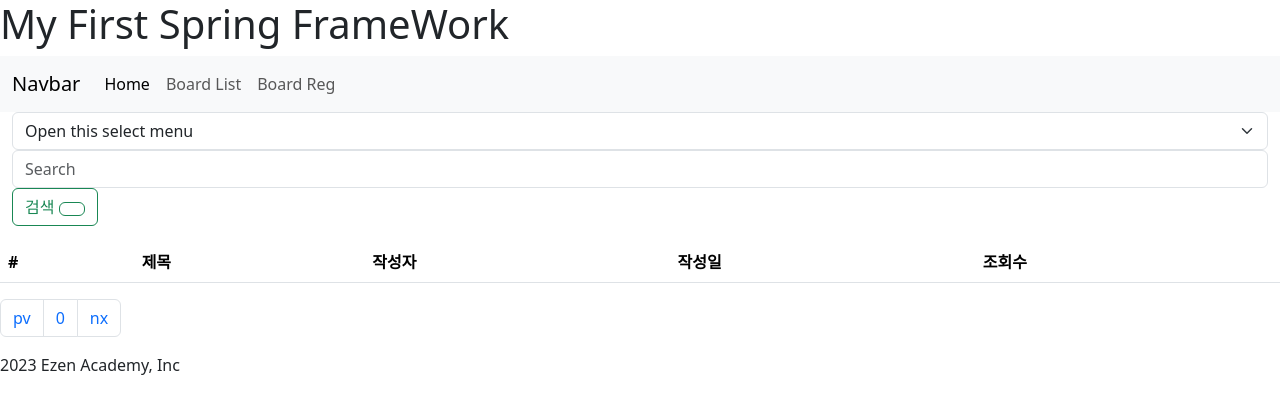
Repository: Leesunghoon1/springHom2
Page: http://localhost/spring_pjt/WEB-INF/views/board/list.jsp
The author's editor kept a copy of each file at every save. The page is drawn from the files as they stood at one save, then again after a run of saves.
The browser window is 1280 px wide. The pictures show the whole page.
The page is served by Tomcat 9. Nobody is signed in. Other server files are loaded and not shown. The template is opened directly, without the code that normally fills it, so the values that code supplies are empty.

Above is the page before, as saved 2023-10-19 15:40:40.

### spring_pjt/src/main/webapp/WEB-INF/views/board/list.jsp
<%@ page language="java" contentType="text/html; charset=UTF-8"
    pageEncoding="UTF-8"%>
        <%@ taglib uri="http://java.sun.com/jsp/jstl/core" prefix="c"%>
<!DOCTYPE html>
<html>
<head>
<meta charset="UTF-8">
<title>Insert title here</title>
</head>
<body>
<jsp:include page="../common/header.jsp"/>
<jsp:include page="../common/nav.jsp"/>
<table class="table table=hover">

<!-- 검색라인 -->

<!-- 검색라인 -->

	<div class="container-fluid">
		<form action="/board/list" method="get">
		<c:set value="${ph.pgvo.type }" var="typed"></c:set>
			<select class="form-select" name="type" aria-label="Default select example">
				<option ${typed eq null ? 'selected' : ''}>Open this select menu</option>
				<option value="t" ${typed eq 't' ? 'selected' : '' }>Title</option>
				<option value="w" ${typed eq 'w' ? 'selected' : '' }>Writer</option>
				<option value="c" ${typed eq 'c' ? 'selected' : '' }>Content</option>
				<option value="tw "${typed eq 'tw' ? 'selected' : '' }>Title or Writer</option>
				<option value="tc "${typed eq 'tc' ? 'selected' : '' }>Title or Content</option>
				<option value="cw "${typed eq 'cw' ? 'selected' : '' }>Content or Writer</option>
				<option value="twc "${typed eq 'twc' ? 'selected' : '' }>all</option>
			</select>


			<input class="form-control me-2" name="keyword" value="${ph.pgvo.keyword }" type="search" placeholder="Search" aria-label="Search">
			<input type="hidden" name="pageNo" value='1'>
			<input type="hidden" name="qty" value=${ph.pgvo.qty }>
			<button class="btn btn-outline-success" type="submit">
				검색 <span class="btn btn-outline-success">
					${ph.totalCount } <span class="visually-hidden"></span>
				</span>
			</button>
		</form>
	</div>
	<table class="table table=hover">
<thead>



<tr>
	<th>#</th>
	<th>제목</th>
	<th>작성자</th>
	<th>작성일</th>
	<th>조회수</th>
</tr>

<tbody>
<c:forEach items="${list}" var="bvo">
<!-- 리스트 반복 -->
<tr>
<td>${bvo.bno }</td>
<!-- bvo 가져와서 화면에 뿌려주기 -->
<td><a href="/board/detail?bno=${bvo.bno }">${bvo.title }</a></td>
<td>${bvo.writer }</td>
<td>${bvo.modAt }</td>
<td>${bvo.readCount }</td>
</tr>
</c:forEach>
</tbody>
</table>
<!-- 페이징 라인 -->

<nav aria-label="Page navigation example">
  <ul class="pagination">
  <!-- 이전  -->

    <li class="page-item ${(ph.prev eq false)? 'disabled':''}">
      <a class="page-link" href="/board/list?pageNo=${ph.startPage - 1 }&qty=${ph.pgvo.qty}&type=${ph.pgvo.type}&keyword=${ph.pgvo.keyword}" aria-label="Previous">
		pv
      </a>
    </li>

    <c:forEach begin="${ph.startPage }" end="${ph.endPage }" var="i">
    <li class="page-item"><a class="page-link" href="/board/list?pageNo=${i }&qty=${ph.pgvo.qty}&type=${ph.pgvo.type}&keyword=${ph.pgvo.keyword}">${i }</a></li>
    </c:forEach>
    <!-- 다음 -->
    <li class="page-item ${(ph.next eq false) ? 'disabled' : ''}" >
      <a class="page-link" href="/board/list?pageNo=${ph.endPage + 1 }&qty=${ph.pgvo.qty}&type=${ph.pgvo.type}&keyword=${ph.pgvo.keyword}" aria-label="Next">
        nx
      </a>
    </li>
  </ul>
</nav>


<jsp:include page="../common/footer.jsp"/>
</body>
</html>

### spring_pjt/src/main/webapp/WEB-INF/views/common/header.jsp
<%@ page language="java" contentType="text/html; charset=UTF-8"
    pageEncoding="UTF-8"%>
    <%@ taglib uri="http://java.sun.com/jsp/jstl/core" prefix="c"%>
<!DOCTYPE html>
<html>
<head>
<meta charset="UTF-8">
<title>Insert title here</title>
<link href="https://cdn.jsdelivr.net/npm/bootstrap@5.3.1/dist/css/bootstrap.min.css" rel="stylesheet" integrity="sha384-4bw+/aepP/YC94hEpVNVgiZdgIC5+VKNBQNGCHeKRQN+PtmoHDEXuppvnDJzQIu9" crossorigin="anonymous">
<script src="https://cdn.jsdelivr.net/npm/bootstrap@5.3.1/dist/js/bootstrap.bundle.min.js" integrity="sha384-HwwvtgBNo3bZJJLYd8oVXjrBZt8cqVSpeBNS5n7C8IVInixGAoxmnlMuBnhbgrkm" crossorigin="anonymous"></script>

</head>
<body>
<h1>My First Spring FrameWork</h1>
</body>
</html>

### spring_pjt/src/main/webapp/WEB-INF/views/common/nav.jsp
<%@ page language="java" contentType="text/html; charset=UTF-8"
    pageEncoding="UTF-8"%>
    <%@ taglib uri="http://java.sun.com/jsp/jstl/core" prefix="c"%>
<!DOCTYPE html>
<html>
<head>
<meta charset="UTF-8">
<title>Insert title here</title>
</head>
<body>
<header>
<nav class="navbar navbar-expand-lg bg-body-tertiary">
  <div class="container-fluid">
    <a class="navbar-brand" href="#">Navbar</a>
    <button class="navbar-toggler" type="button" data-bs-toggle="collapse" data-bs-target="#navbarSupportedContent" aria-controls="navbarSupportedContent" aria-expanded="false" aria-label="Toggle navigation">
      <span class="navbar-toggler-icon"></span>
    </button>
    <div class="collapse navbar-collapse" id="navbarSupportedContent">
      <ul class="navbar-nav me-auto mb-2 mb-lg-0">
        <li class="nav-item">
          <a class="nav-link active" aria-current="page" href="#">Home</a>
        </li>
        <li class="nav-item">
          <a class="nav-link" href="/board/list">Board List</a>
        </li>

        <li class="nav-item">
          <a class="nav-link" href="/board/register">Board Reg</a>
        </li>

      </ul>

    </div>
  </div>
</nav>
</header>
</body>
</html>

### spring_pjt/src/main/webapp/WEB-INF/views/common/footer.jsp
<%@ page language="java" contentType="text/html; charset=UTF-8"
    pageEncoding="UTF-8"%>
    <%@ taglib uri="http://java.sun.com/jsp/jstl/core" prefix="c"%>
<!DOCTYPE html>
<html>
<head>
<meta charset="UTF-8">
<title>Insert title here</title>
</head>
<body>
<div>
	<p>2023 Ezen Academy, Inc</p>
</div>
</body>
</html>

After the next 2 saves:
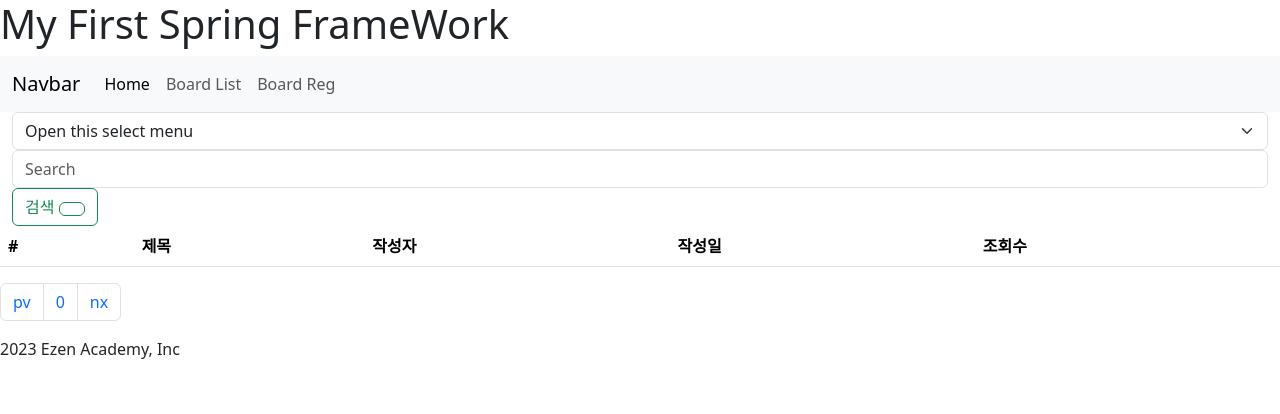
The 2 saves are shown as one change because they came seconds apart.
The last was saved 24 s later.
--- a/spring_pjt/src/main/webapp/WEB-INF/views/board/list.jsp
+++ b/spring_pjt/src/main/webapp/WEB-INF/views/board/list.jsp
@@ -10,10 +10,6 @@
 <body>
 <jsp:include page="../common/header.jsp"/>
 <jsp:include page="../common/nav.jsp"/>
-<table class="table table=hover">
-
-<!-- 검색라인 -->
-
 <!-- 검색라인 -->
 
 	<div class="container-fluid">
@@ -43,7 +39,6 @@
 	</div>
 	<table class="table table=hover">
 <thead>
-
 
 
 <tr>
